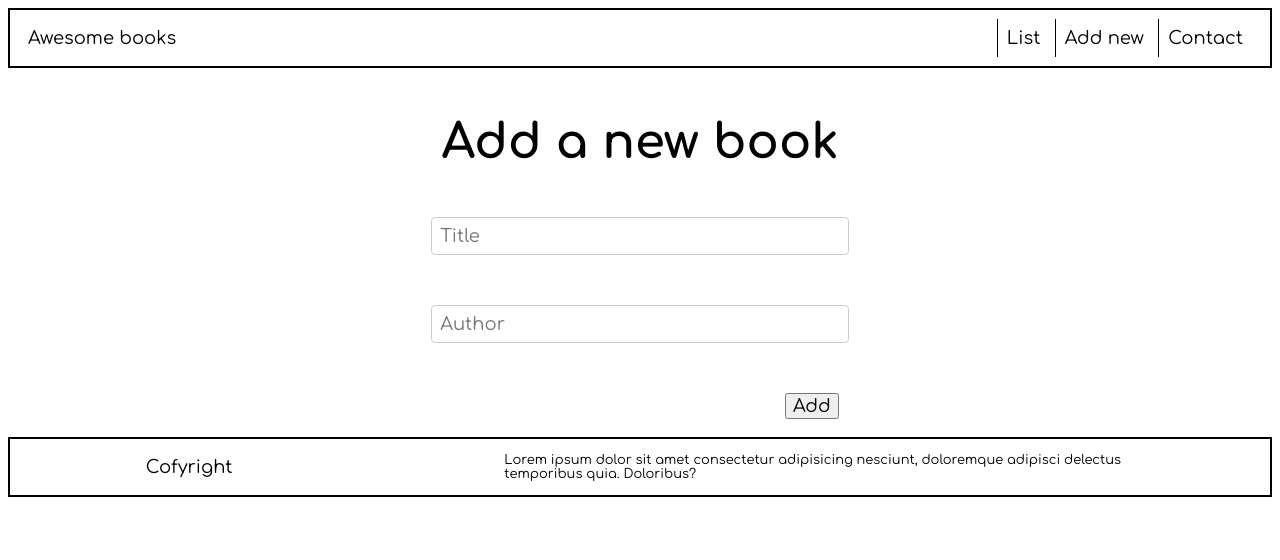
Repository: Salimer/Awesome-books
Page: index.html
The author's editor kept a copy of each file at every save. The page is drawn from the files as they stood at one save, then again after a run of saves.
The browser window is 1280 px wide. The pictures show the whole page.
The style sheet was rebuilt from its Sass, Less or Tailwind sources for each picture, by a compiler version that may differ from the author's.

Above is the page before, as saved 2023-04-26 12:08:50.

### index.html
<!DOCTYPE html>
<html lang="en">
<head>
    <meta charset="UTF-8">
    <meta http-equiv="X-UA-Compatible" content="IE=edge">
    <meta name="viewport" content="width=device-width, initial-scale=1.0">
    <link rel="stylesheet" href="style.css">
    <link rel="preconnect" href="https://fonts.gstatic.com" crossorigin>
    <link href="https://fonts.googleapis.com/css2?family=Anton&family=Caveat:wght@400;500;600;700&family=Comfortaa:wght@300;400;500;600;700&family=Lato:wght@100;300;400;700;900&display=swap" rel="stylesheet">
    <title>Document</title>
</head>
<body>
    <header id="header">
        <a href="#">Awesome books</a>
        <div class="hamburger"><img src="Assets/nav.svg" alt="navigation"></div>
        <div class="dropdown-nav-menu hide">
            <a id="close-icon" href="#"></a>
            <a id="list-nav" class="nav-item" href="#">List</a>
            <a id="add-new-nav" class="nav-item" href="#">Add new</a>
            <a id="contact-nav" class="nav-item" href="#">Contact</a>
        </div>
    </header>
    <main>
        <section class="view-books hide">
            <h1>All Awesome books</h1>
            <article class="books">

            </article>
        </section>
        <section class="add-book-form">
            <form id="form">
                <article class="new-book">
                    <h1>Add a new book</h3>
                    <div class="input">
                        <input id="new-title" name="title" placeholder="Title"><br><br>
                        <input id="new-author" name="author" placeholder="Author"><br><br>
                    </div>
                    <button id="add-book" type="submit">Add</button>
                </article>
            </form>
        </section>
        <section class="new-contact-info hide">
            <div id="time">March 19th 2021, 9:25:32 am</div>
            <h1>Contact information</h1>
            <p class="contact-text">Do have any questions or you just want to say "Hello"?<br>You can reach out to us!</p>
            <ul class="contact-details">
                <li>Our e-mail: mail@mail.com</li>
                <li>Our phone number: 0043586534422</li>
                <li>Our address: Streetname 22, 84503 City, Country</li>
            </ul>
        </section>
    </main>
    <footer id="footer">
        <p>Cofyright</p>
        <p>Lorem ipsum dolor sit amet consectetur adipisicing  nesciunt, doloremque adipisci delectus temporibus quia. Doloribus?</p>
    </footer>

    <script src="script.js"></script>
</body>
</html>

### script.js
// Define page navigation
const hamburger = document.querySelector('.hamburger');
const dropDownNav = document.querySelector('.dropdown-nav-menu');
const listNav = document.querySelector('#list-nav');
const addNewNav = document.querySelector('#add-new-nav');
const contactNav = document.querySelector('#contact-nav');

// Define page sections
const viewBooksSection = document.querySelector('.view-books');
const addBookFormSection = document.querySelector('.add-book-form');
const newContactSection = document.querySelector('.new-contact-info');

/* Add event listeners */
// List event listener
listNav.addEventListener('click', () => {
  viewBooksSection.classList.remove('hide');
  addBookFormSection.classList.add('hide');
  newContactSection.classList.add('hide')
});

// New book event listener
addNewNav.addEventListener('click', () => {
  viewBooksSection.classList.add('hide');
  addBookFormSection.classList.remove('hide');
  newContactSection.classList.add('hide')
});

// Contact section event listener
contactNav.addEventListener('click', () => {
  viewBooksSection.classList.add('hide');
  addBookFormSection.classList.add('hide');
  newContactSection.classList.remove('hide')
});

// Query selector for mobile navigation
if (window.matchMedia("(min-width: 768px)").matches) {
  hamburger.classList.add('hide');
  dropDownNav.classList.remove('hide');
}

/* eslint-disable max-classes-per-file */
class Book {
  constructor(title, author) {
    this.id = Date.now().toString(); // Generate unique ID based on timestamp
    this.title = title;
    this.author = author;
  }
}
/* eslint-disable max-classes-per-file */

class BooksCollection {
  constructor() {
    this.books = [];
  }

  addBook(title, author) {
    if (title === '' || author === '') {
      // eslint-disable-next-line no-alert
      alert('Please fill both fields');
    } else {
      const newBook = new Book(title, author);
      this.books.push(newBook);
    }
  }

  removeBook(id) {
    this.books = this.books.filter((book) => book.id !== id);
  }

  viewBooks() {
    // Remove all existing book elements from the container
    const container = document.querySelector('.books');
    while (container.firstChild) {
      container.removeChild(container.firstChild);
    }

    // Update books
    this.books.forEach((book) => {
      // Create the container div
      const bookInfo = document.createElement('div');
      bookInfo.className = 'book-info';
      bookInfo.innerHTML = `<p><span class="book-title">"${book.title}"</span> by <span class="book-author"> ${book.author}</span></p>`;

      // Create and append the button
      const button = document.createElement('button');
      button.className = 'remove-book';
      button.type = 'button';
      button.textContent = 'Remove';
      button.dataset.id = book.id; // Set the book ID as a data attribute
      bookInfo.appendChild(button);

      // Add event listener to remove button
      button.addEventListener('click', (event) => {
        const { id } = event.target.dataset;
        this.removeBook(id);
        this.viewBooks();
      });

      // Append the container div to the html
      container.appendChild(bookInfo);
    });

    // Update local storage
    this.saveBooks();
  }

  saveBooks() {
    localStorage.setItem('books', JSON.stringify(this.books));
  }

  loadBooks() {
    this.books = JSON.parse(localStorage.getItem('books')) || [];
  }

  init() {
    this.loadBooks();
    this.viewBooks();

    // Adding new book
    const addBookBtn = document.querySelector('#add-book');
    addBookBtn.addEventListener('click', () => {
      const form = document.getElementById('form');
      const title = document.querySelector('#new-title').value;
      const author = document.querySelector('#new-author').value;
      this.addBook(title, author);
      this.viewBooks();
      form.reset();
    });
  }
}

const booksCollection = new BooksCollection();
booksCollection.init();

### style.scss
* {
  font-family: 'Comfortaa', sans-serif;
  font-size: large;
}

h1 {
  align-self: center;
  font-weight: 700;
  font-size: xxx-large;
}

.hide {
  display: none !important;
}

#header {
  display: flex;
  justify-content: space-between;
  align-items: center;
  border: 2px solid black;
  padding: 1rem 1rem;

  a {
    text-decoration: none;
    color: black;
  }

  img {
    width: 30px;
  }

  .nav-item {
    padding: 0.5rem;
    border-left: 1px solid black;
  }

  .popup {

  }
}

.view-books {
  display: flex;
  flex-direction: column;

  article {
    border: 2px solid black;
  }

  .book-info {
    display: flex;
    justify-content: space-between;
    padding: 0 1rem;

    &:nth-child(odd) {
      background-color: #ddd;
    }

    p {
      font-weight: 900;
    }

    button {
      margin: 8px 0;
      box-shadow: 6px 5px 5px 3px black;
      cursor: pointer;
    }
  }
}

#form {
  display: flex;
  flex-direction: column;
  align-items: center;

  .new-book {
    display: flex;
    flex-direction: column;
    align-items: center;

    .input {
      display: flex;
      flex-direction: column;
      align-items: center;

      input {
        padding: 8px;
        margin-bottom: 10px;
        border: 1px solid #ccc;
        border-radius: 4px;
        width: 170%;

        &:last-child {
          margin-bottom: 20px;
        }
      }
    }

    button {
      margin-left: auto;
    }
  }
}

.new-contact-info {
  display: flex;
  flex-direction: column;
  align-items: center;
  line-height: 1.6rem;

  #time {
    padding: 1rem;
    align-self: flex-end;
  }

  .contact-text {
    padding: 1rem 0;
  }
}

#footer {
  display: flex;
  justify-content: space-around;
  align-items: center;
  border: 2px solid black;
  margin-top: 1rem;

  p + p {
    font-size: small;
    width: 50%;
  }
}

// @media screen and (min-width: 768px) {
//   .my-class {

//   }
// }

After the next 4 saves:
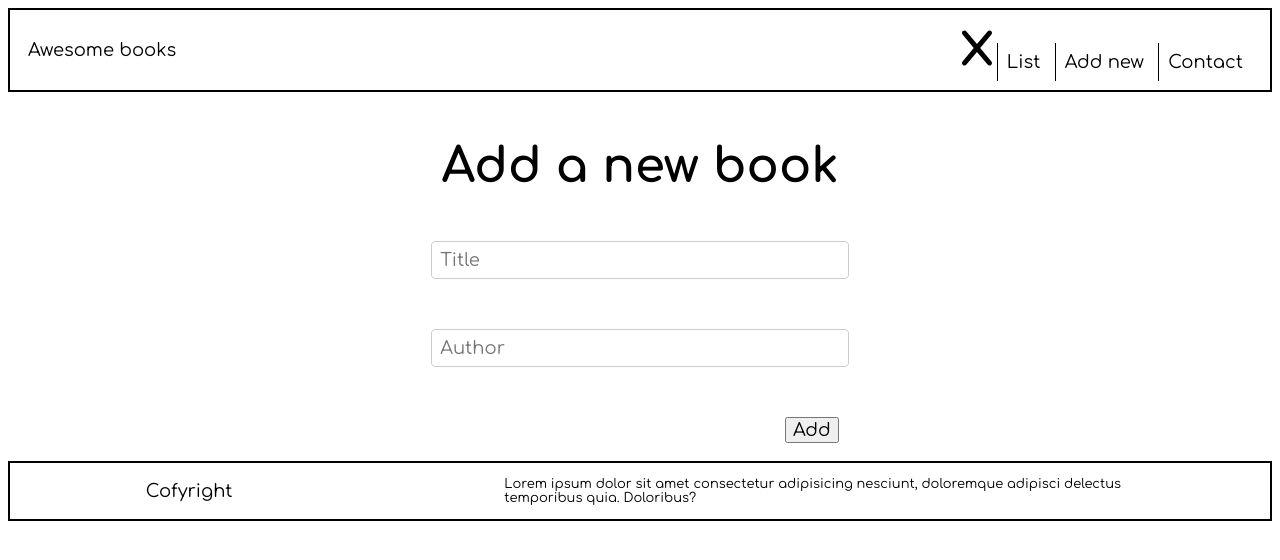
The 4 saves are shown as one change because they came seconds apart.
The last was saved 10 s later.
--- a/index.html
+++ b/index.html
@@ -14,7 +14,7 @@
         <a href="#">Awesome books</a>
         <div class="hamburger"><img src="Assets/nav.svg" alt="navigation"></div>
         <div class="dropdown-nav-menu hide">
-            <a id="close-icon" href="#"></a>
+            <a id="close-icon" href="#"><img src="Assets/x.svg" </a>
             <a id="list-nav" class="nav-item" href="#">List</a>
             <a id="add-new-nav" class="nav-item" href="#">Add new</a>
             <a id="contact-nav" class="nav-item" href="#">Contact</a>
